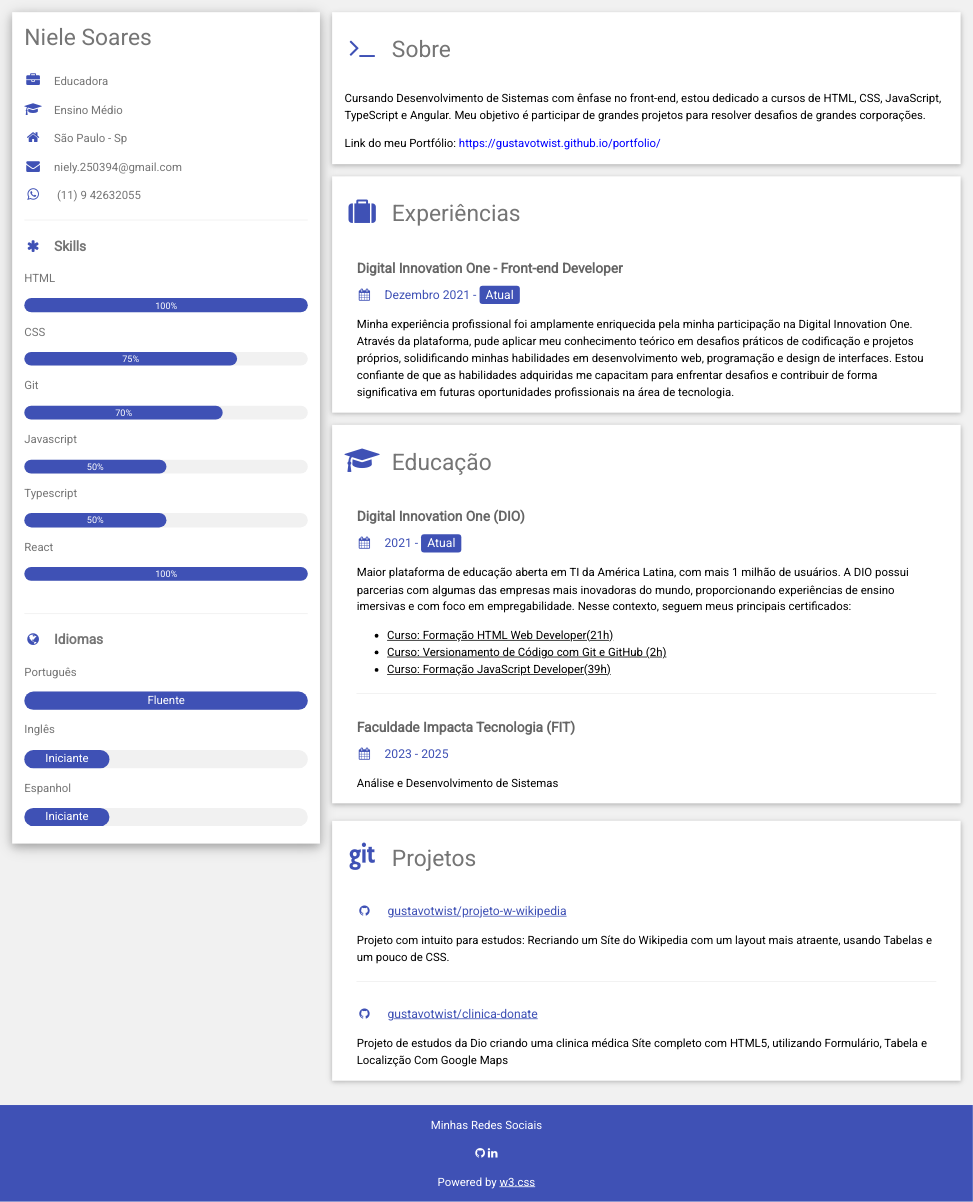
Repository: gustavotwist/cv2
Page: index.html
An editor plug-in stored every save of this project. The page is shown before and after the next save, followed by the edit.
The browser window is 1280 px wide. The pictures show the whole page, at 76% of full size.

Above is the page before, as saved 2024-08-23 17:15:14.

After the next save:
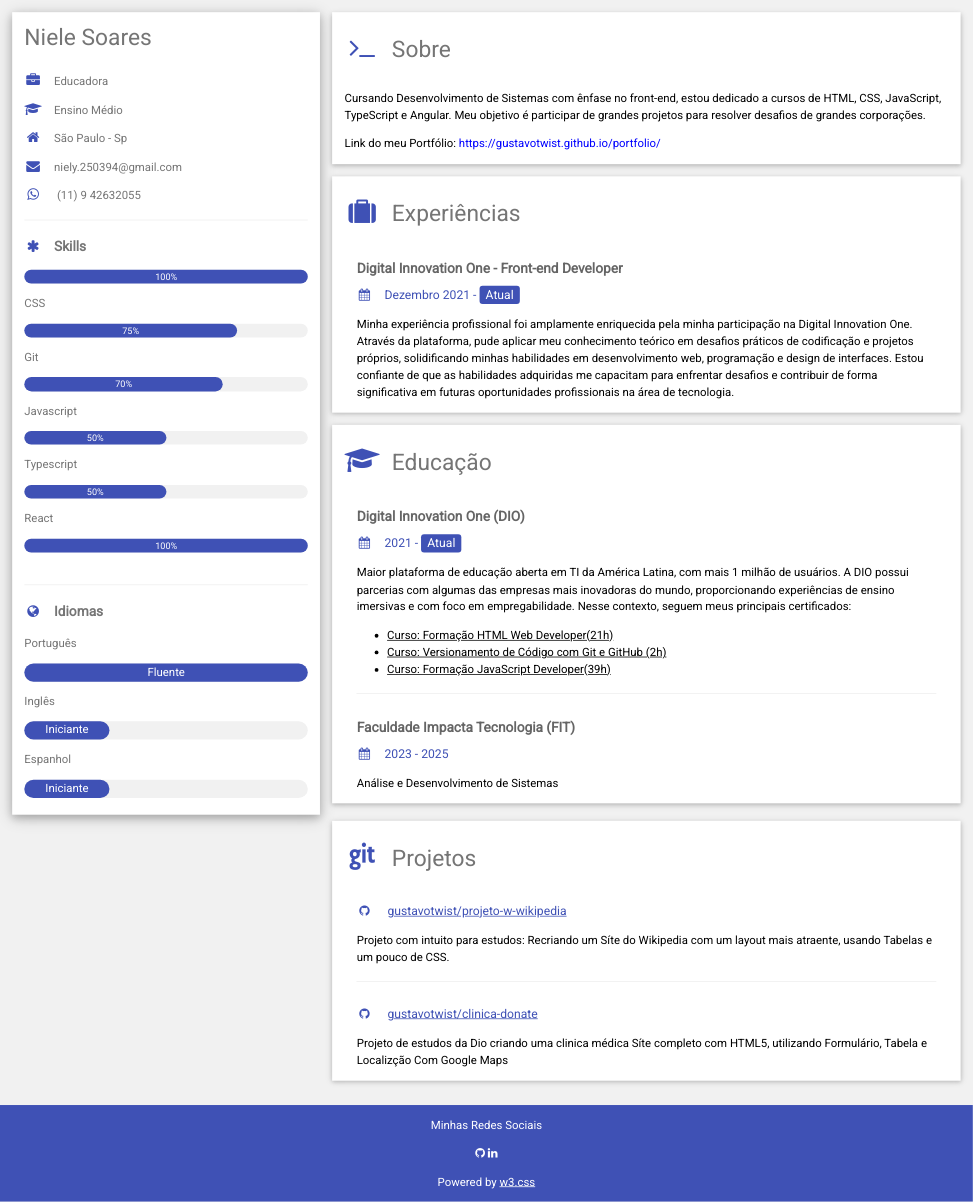
Saved 62 s later.
--- a/index.html
+++ b/index.html
@@ -46,7 +46,7 @@
               <p class="w3-large">
                 <b><i class="fa fa-asterisk fa-fw w3-margin-right w3-text-indigo"></i>Skills</b>
               </p>
-              <p>HTML</p>
+              <p></p>
               <div class="w3-light-grey w3-round-xlarge w3-small">
                 <div class="w3-container w3-center w3-round-xlarge w3-indigo" style="width:100%">100%</div>
               </div>

After the 5 saves that followed:
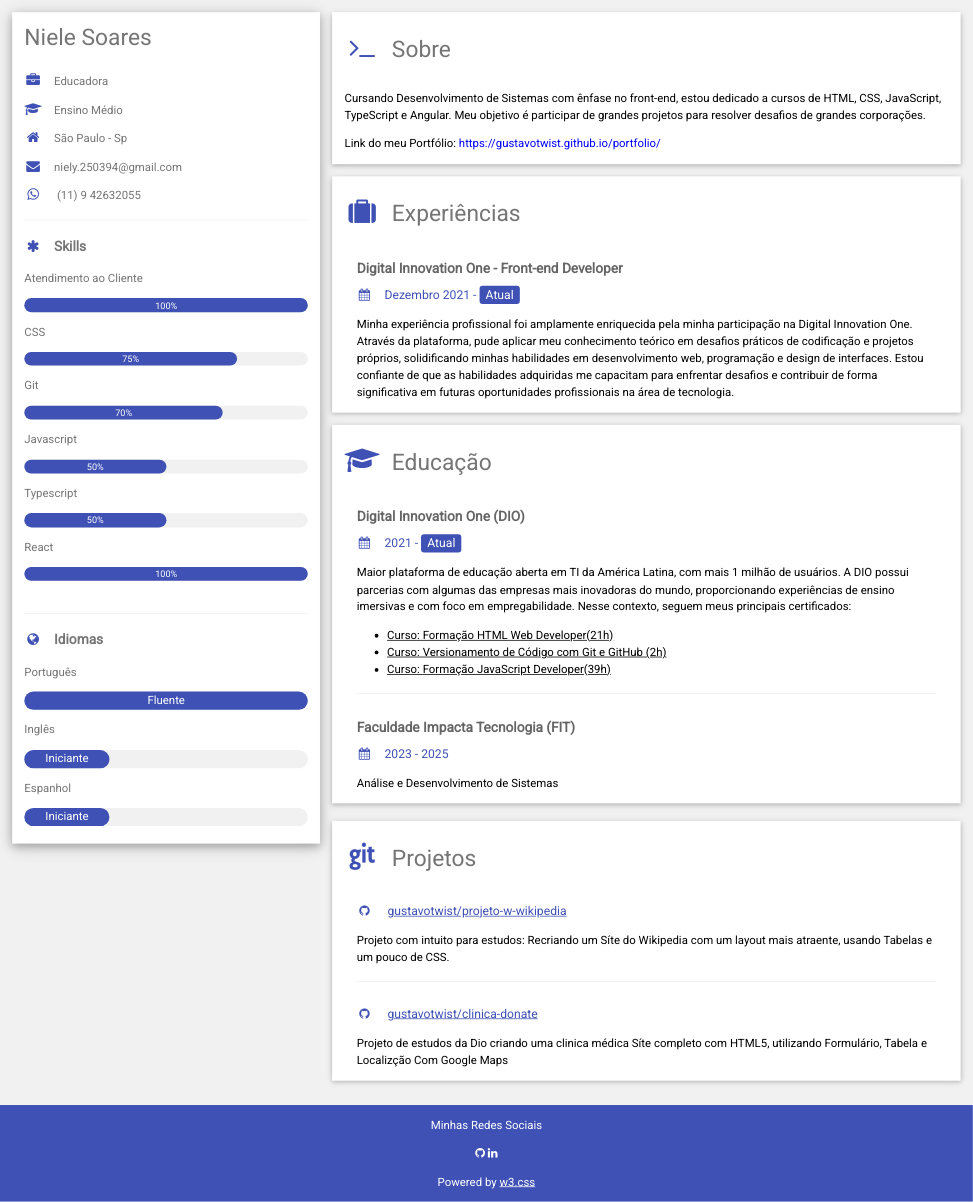
The 5 saves are shown as one change because they came seconds apart.
The last was saved 15 s later.
--- a/index.html
+++ b/index.html
@@ -46,7 +46,7 @@
               <p class="w3-large">
                 <b><i class="fa fa-asterisk fa-fw w3-margin-right w3-text-indigo"></i>Skills</b>
               </p>
-              <p></p>
+              <p>Atendimento ao Cliente</p>
               <div class="w3-light-grey w3-round-xlarge w3-small">
                 <div class="w3-container w3-center w3-round-xlarge w3-indigo" style="width:100%">100%</div>
               </div>
